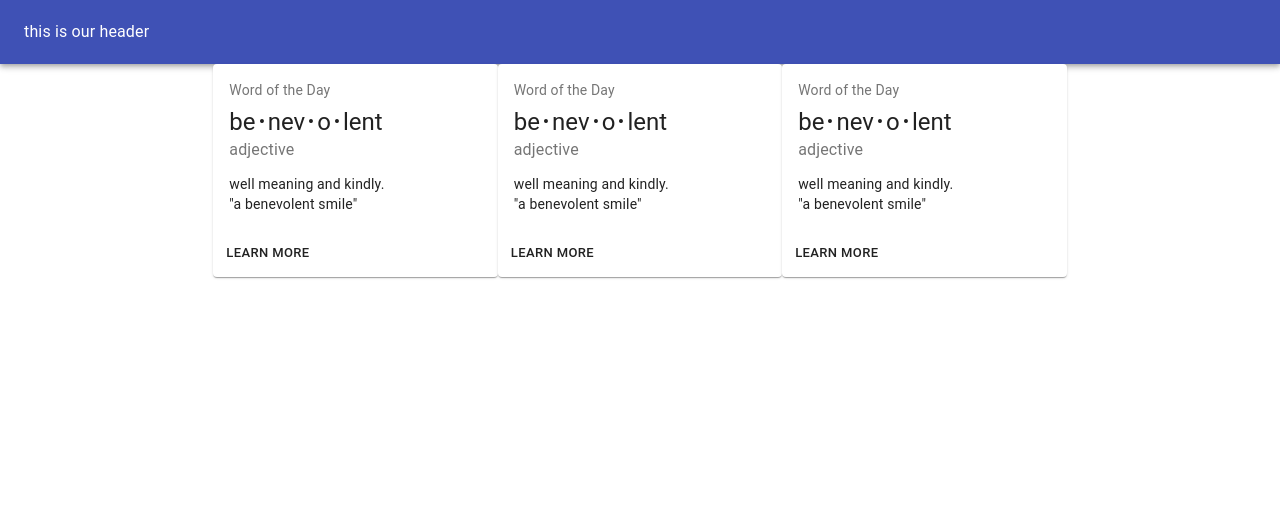
Repository: hossamsulleman1/reactcontact3
Page: / (app in my-app/)
The author's editor kept a copy of each file at every save. The page is drawn from the files as they stood at one save, then again after a run of saves.
The browser window is 1280 px wide. The pictures show the whole page.
The project was rebuilt for these pictures with package versions that can differ from the ones it lists, and the page was loaded fresh each time.

Above is the page before, as saved 2020-08-18 20:14:13.

### my-app/src/App.js
import React from "react";
import { Grid } from "@material-ui/core";
import Header from "./components/Header.jsx"
import Content from "./components/Content.jsx"


const App = () => {
  return (
    <Grid container direction="column">
      <Grid item>
        {/* this is where the header will be  */}
        <Header/>
      </Grid>
              {/* grids can be items grids containers or both at the same time  */}
      <Grid item container>
        {/* on small screens this will take up 2 but on extra smnall screens this will take up 0 as specified   */}
        <Grid item xs={0} sm={2} />

<Grid item xs={12} sm={8}>
{/* this is where the content will be  */}
<Content/>
</Grid>

        <Grid item xs={0} sm={2} />
        {/* ^these xs 2 are for the side gutters on the app */}
      </Grid>
    </Grid>
  )
}

export default App;

### my-app/src/components/Header.jsx
import React from "react";
import { AppBar, Toolbar, Typography } from "@material-ui/core";

const Header = () => {

    return (
        <AppBar position="static">
            {/* position static is a prop that can be supplioed to the material ui element this keeps the app bar persistent */}
            <Toolbar>
                <Typography>
                   this is our header
                </Typography>
            </Toolbar>
        </AppBar>

    )
};

export default Header;

### my-app/src/components/Content.jsx
import React from "react";
import CardItem from "./CardItem.jsx";
import { Grid } from "@material-ui/core";


const Content = () => {
return (
    <Grid container>
        <Grid item xs={4} >
        <CardItem/>
        </Grid>
        <Grid item xs={4} >
        <CardItem/>
        </Grid>
        <Grid item xs={4} >
        <CardItem/>
        </Grid>
    </Grid>

)
};

export default Content;

### my-app/src/components/CardItem.jsx
import React from 'react';
import { makeStyles } from '@material-ui/core/styles';
import Card from '@material-ui/core/Card';
import CardActions from '@material-ui/core/CardActions';
import CardContent from '@material-ui/core/CardContent';
import Button from '@material-ui/core/Button';
import Typography from '@material-ui/core/Typography';

const useStyles = makeStyles({
  bullet: {
    display: 'inline-block',
    margin: '0 2px',
    transform: 'scale(0.8)',
  },
  title: {
    fontSize: 14,
  },
  pos: {
    marginBottom: 12,
  },
});



  const CardItem = () => {
    const classes = useStyles();
    const bull = <span className={classes.bullet}>•</span>;



    return (
        <Card >
          <CardContent>
            <Typography className={classes.title} color="textSecondary" gutterBottom>
              Word of the Day
            </Typography>
            <Typography variant="h5" component="h2">
              be{bull}nev{bull}o{bull}lent
            </Typography>
            <Typography className={classes.pos} color="textSecondary">
              adjective
            </Typography>
            <Typography variant="body2" component="p">
              well meaning and kindly.
              <br />
              {'"a benevolent smile"'}
            </Typography>
          </CardContent>
          <CardActions>
            <Button size="small">Learn More</Button>
          </CardActions>
        </Card>
      );
  }



export default CardItem;

Loaded but not shown: my-app/public/index.html (common file); my-app/src/index.js (common file); my-app/src/index.css (common file); my-app/src/serviceWorker.js (common file)

After the next 5 saves:
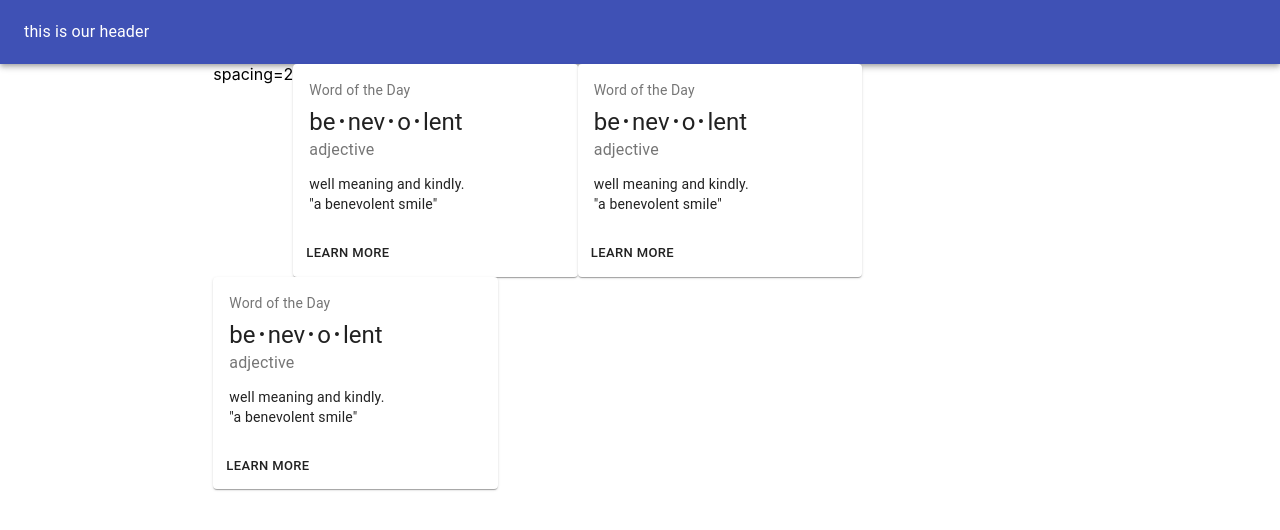
The 5 saves are shown as one change because they came seconds apart.
The last was saved 83 s later.
--- a/my-app/src/components/Content.jsx
+++ b/my-app/src/components/Content.jsx
@@ -5,7 +5,7 @@ import { Grid } from "@material-ui/core";
 
 const Content = () => {
 return (
-    <Grid container>
+    <Grid container> spacing={2}
         <Grid item xs={4} >
         <CardItem/>
         </Grid>
